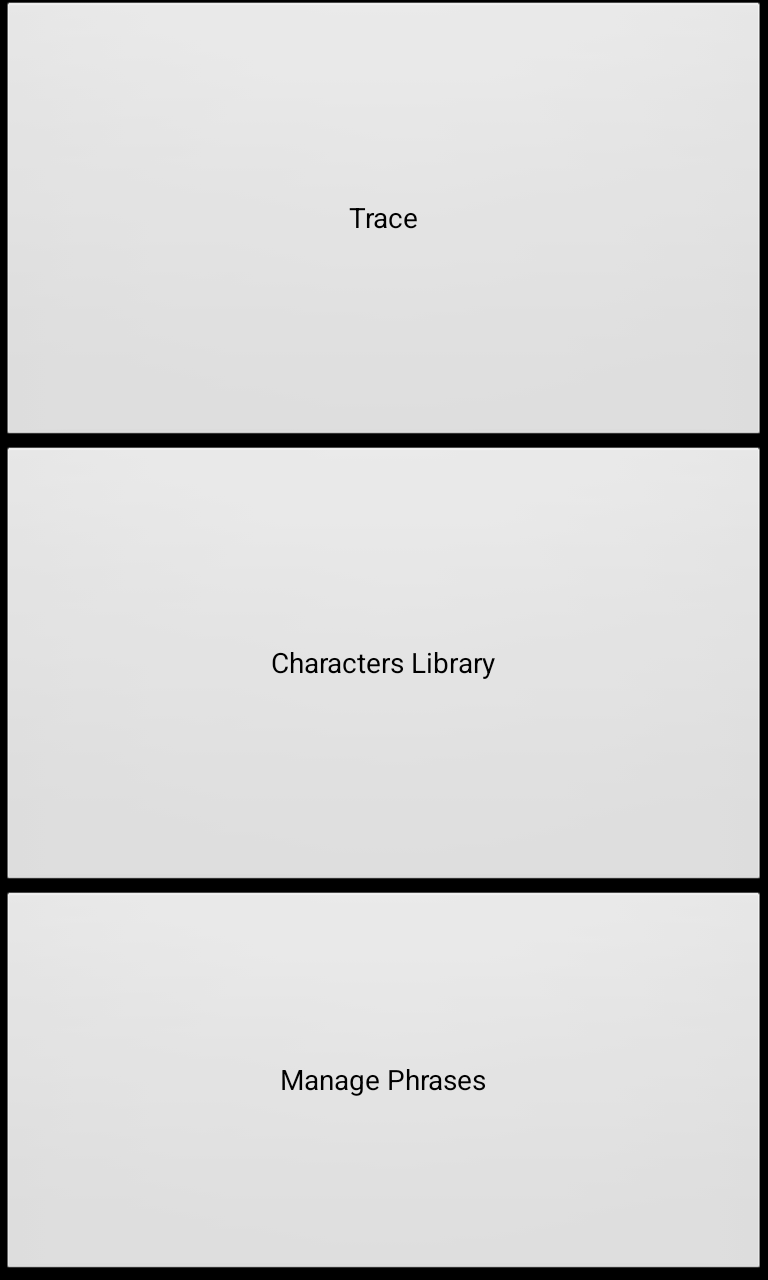
Repository: ljtao/Trace2Learn
Layout: Trace2Learn/res/layout/main.xml
An editor plug-in stored every save of this project. The layout is shown before and after the next save, followed by the edit.
It is drawn on a 768 x 1280 px phone screen (xhdpi) without system bars, with theme android:Theme; the app's code is not run.

Above is the layout before, as saved 2012-04-10 04:01:01.

After the next save:
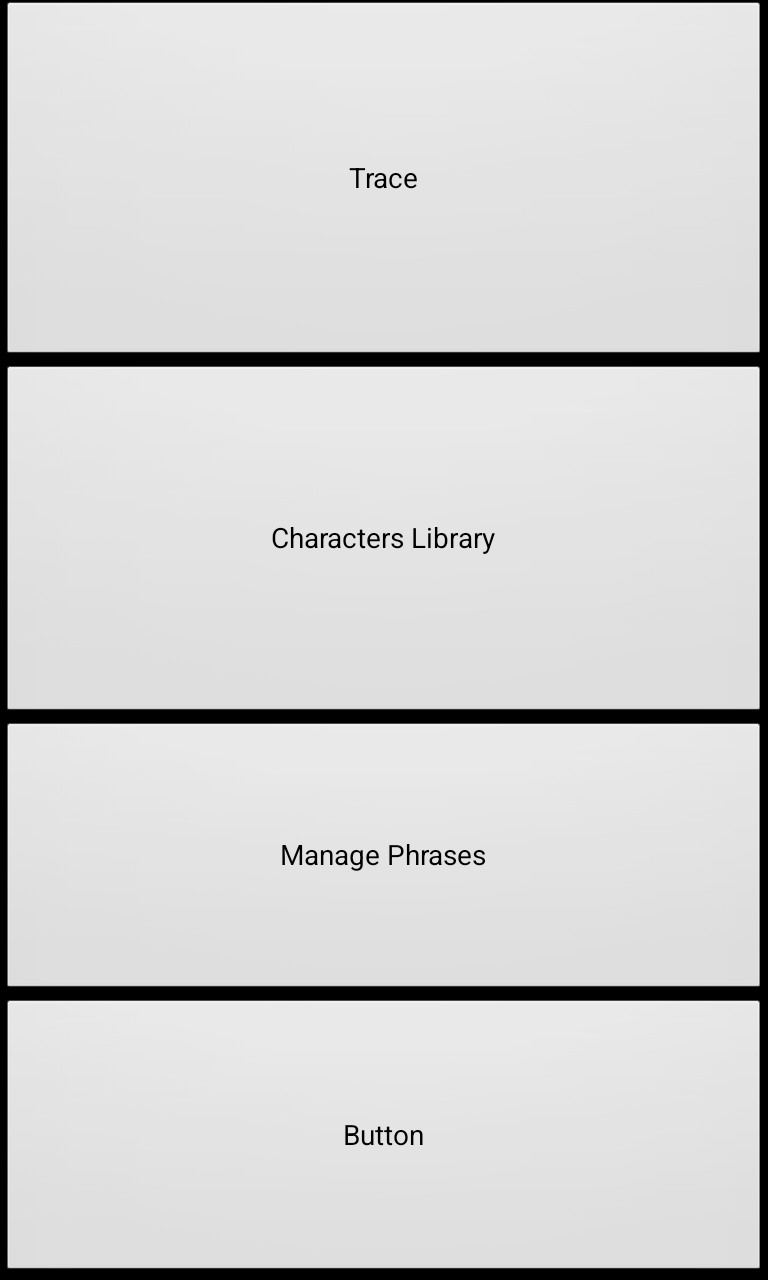
Saved 103 s later.
--- a/Trace2Learn/res/layout/main.xml
+++ b/Trace2Learn/res/layout/main.xml
@@ -15,19 +15,30 @@
 
 	    />
 
-	    <Button android:id="@+id/characters"
-	    android:layout_width="fill_parent"
-	    android:layout_height="1dp"
-	    android:text="@string/characters_button_title"
-	    android:orientation="vertical"
-	    android:layout_weight="1"
 
-	    />
+	    <Button
+	        android:id="@+id/characters"
+	        android:layout_width="fill_parent"
+	        android:layout_height="1dp"
+	        android:layout_weight="0.98"
+	        android:orientation="vertical"
+	        android:text="@string/characters_button_title" />
+
 	    <Button
 	        android:id="@+id/words"
 	        android:layout_width="fill_parent"
 	        android:layout_height="wrap_content"
-	        android:layout_weight="0.66"
+	        android:layout_weight="0.50"
 	        android:text="@string/words_button_title" />
 
+
+
+
+	    <Button
+	        android:id="@+id/button1"
+	        android:layout_width="fill_parent"
+	        android:layout_height="wrap_content"
+	        android:layout_weight="0.51"
+	        android:text="Button" />
+
 	</LinearLayout>
